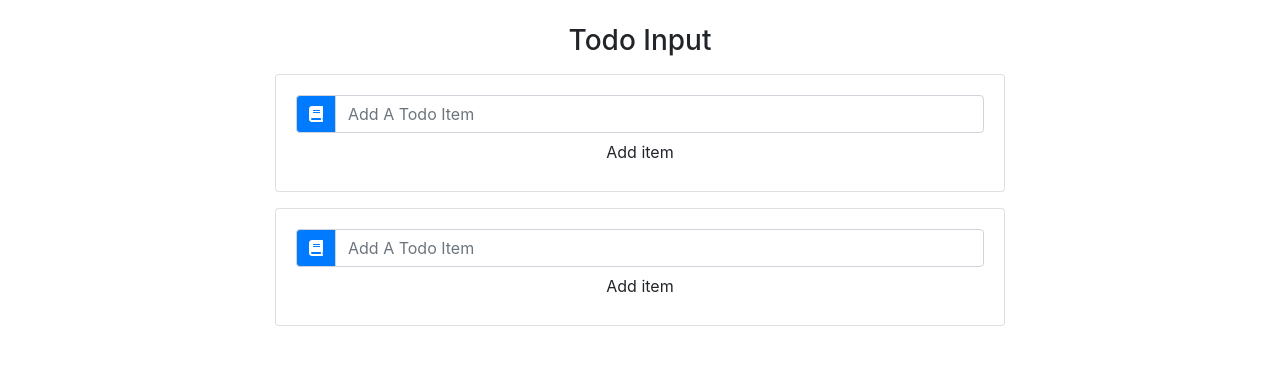
Repository: TomoyaKuroda/React-Simple-Todo-App
Page: /
An editor plug-in stored every save of this project. The page is shown before and after the next save, followed by the edit.
The browser window is 1280 px wide. The pictures show the whole page.
Some web libraries are served in a nearby version. The project was rebuilt for these pictures with package versions that can differ from the ones it lists, and the page was loaded fresh each time.

Above is the page before, as saved 2018-12-06 22:07:26.

### public/index.html
<!DOCTYPE html>
<html lang="en">

  <head>
    <meta charset="utf-8">
    <link rel="shortcut icon" href="%PUBLIC_URL%/favicon.ico">
    <meta name="viewport" content="width=device-width, initial-scale=1, shrink-to-fit=no">
    <meta name="theme-color" content="#000000">
    <!-- manifest.json provides metadata used when your web app is added to the homescreen on Android. See https://developers.google.com/web/fundamentals/web-app-manifest/ -->
    <link rel="manifest" href="%PUBLIC_URL%/manifest.json">
    <!-- Notice the use of %PUBLIC_URL% in the tags above. It will be replaced with the URL of the `public` folder during the build. Only files inside the `public` folder can be referenced from the HTML. Unlike "/favicon.ico" or "favicon.ico", "%PUBLIC_URL%/favicon.ico" will work correctly both with client-side routing and a non-root public URL. Learn how to configure a non-root public URL by running `npm run build`. -->
    <link rel="stylesheet" href="https://use.fontawesome.com/releases/v5.5.0/css/all.css" integrity="sha384-B4dIYHKNBt8Bc12p+WXckhzcICo0wtJAoU8YZTY5qE0Id1GSseTk6S+L3BlXeVIU" crossorigin="anonymous">
    <title>Todo App</title>
  </head>

  <body>
    <noscript>
      You need to enable JavaScript to run this app.
    </noscript>
    <div id="root"></div>
    <!-- This HTML file is a template. If you open it directly in the browser, you will see an empty page. You can add webfonts, meta tags, or analytics to this file. The build step will place the bundled scripts into the <body> tag. To begin the development, run `npm start` or `yarn start`. To create a production bundle, use `npm run build` or `yarn build`. -->
  </body>

</html>

### src/App.js
import React, { Component } from 'react';

import TodoInput from './components/TodoInput';
import TodoList from "./components/TodoInput";

import 'bootstrap/dist/css/bootstrap.min.css'
import uuid from 'uuid'

class App extends Component {
  render() {
    return (
      <div className="container">
      <div className="row">
      <div className="col-10 mx-auto col-md-8 mt-4">
      <h3 className="text-capitalize text-center">
      todo input
      </h3>
      <TodoInput />
            <TodoList />
      </div>

      </div>

      </div>
    );
  }
}

export default App;

### src/components/TodoInput.js
import React, { Component } from 'react'

export default class TodoInput extends Component {
  render() {
    return (
      <div className="card card-body my-3">
        <form>
        <div className="input-group">
        <div className="input-group-prepend">
        <div className="input-group-text bg-primary text-white">
        <i className="fas fa-book">
        </i>
        </div>
        </div>
        <input type="text" className="form-control text-capitalize"
        placeholder="add a todo item">
        </input>
        </div>
        <button type="submit" className="btn btn-block">Add item</button>
        </form>
      </div>
    )
  }
}

Loaded but not shown: src/index.js (common file); src/index.css (common file); src/serviceWorker.js (common file)

After the next save:
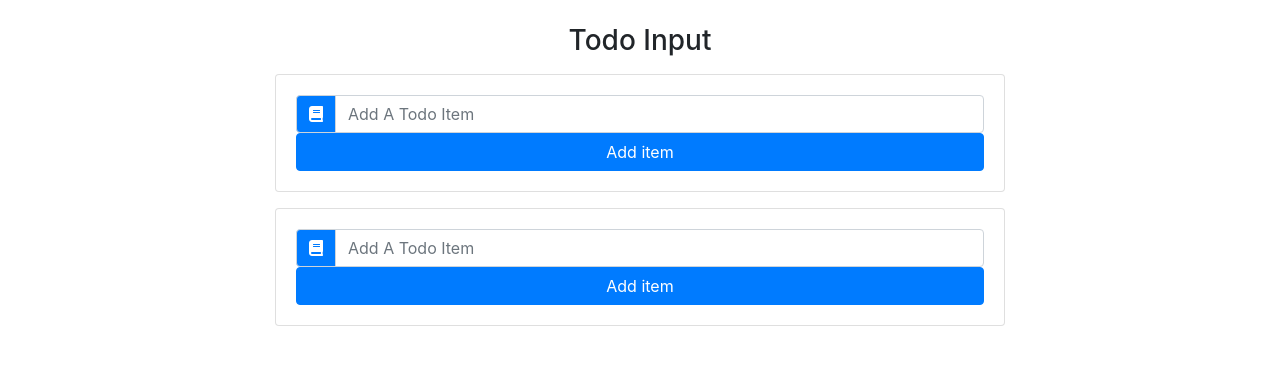
Saved 13 s later.
--- a/src/components/TodoInput.js
+++ b/src/components/TodoInput.js
@@ -16,7 +16,7 @@ export default class TodoInput extends Component {
         placeholder="add a todo item">
         </input>
         </div>
-        <button type="submit" className="btn btn-block">Add item</button>
+        <button type="submit" className="btn btn-block btn-primary">Add item</button>
         </form>
       </div>
     )
